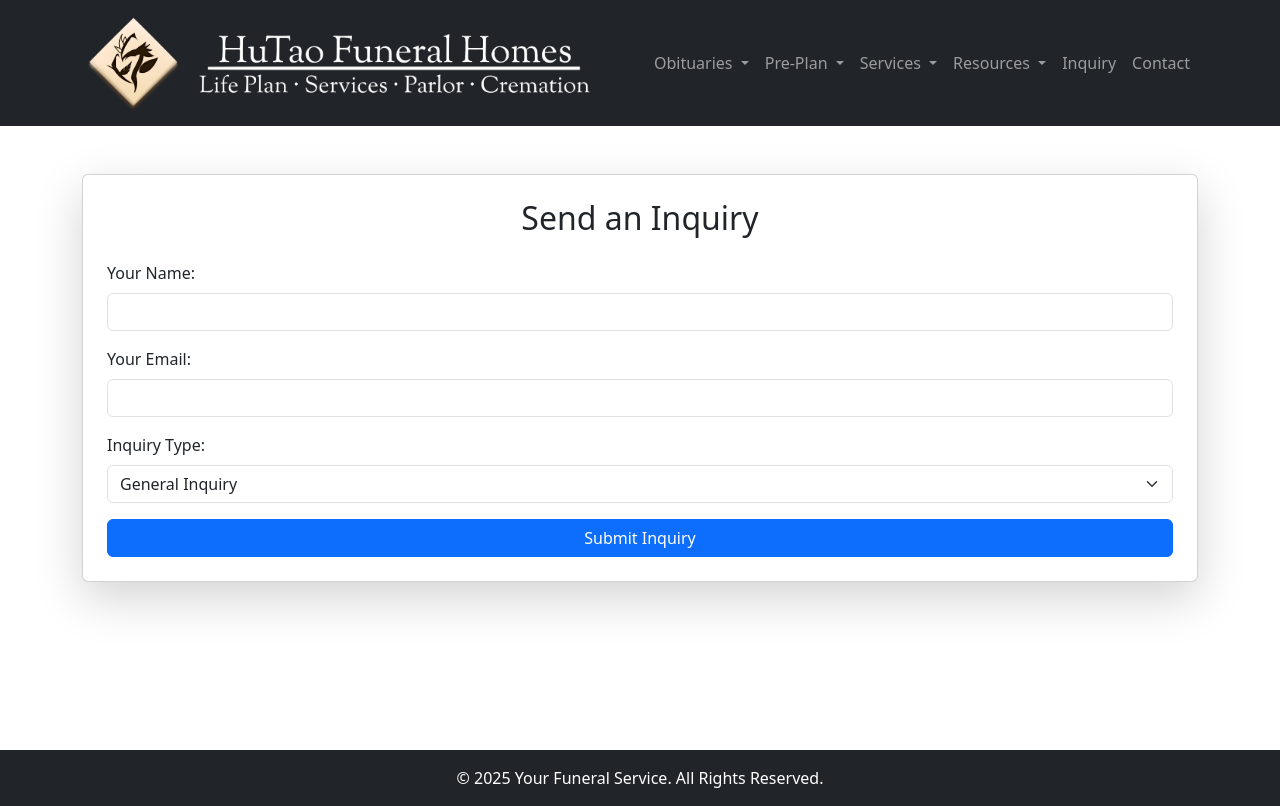
Repository: Jamil-cyber-hash/INSANITY
Page: http://localhost/inquiry.php
The author's editor kept a copy of each file at every save. The page is drawn from the files as they stood at one save, then again after the next save.
The browser window is 1280 px wide. The pictures show the whole page.
The page is run by PHP 8.4 with error messages shown; the project is at /var/www/html/.

Above is the page before, as saved 2025-03-23 23:16:40.

After the next save:
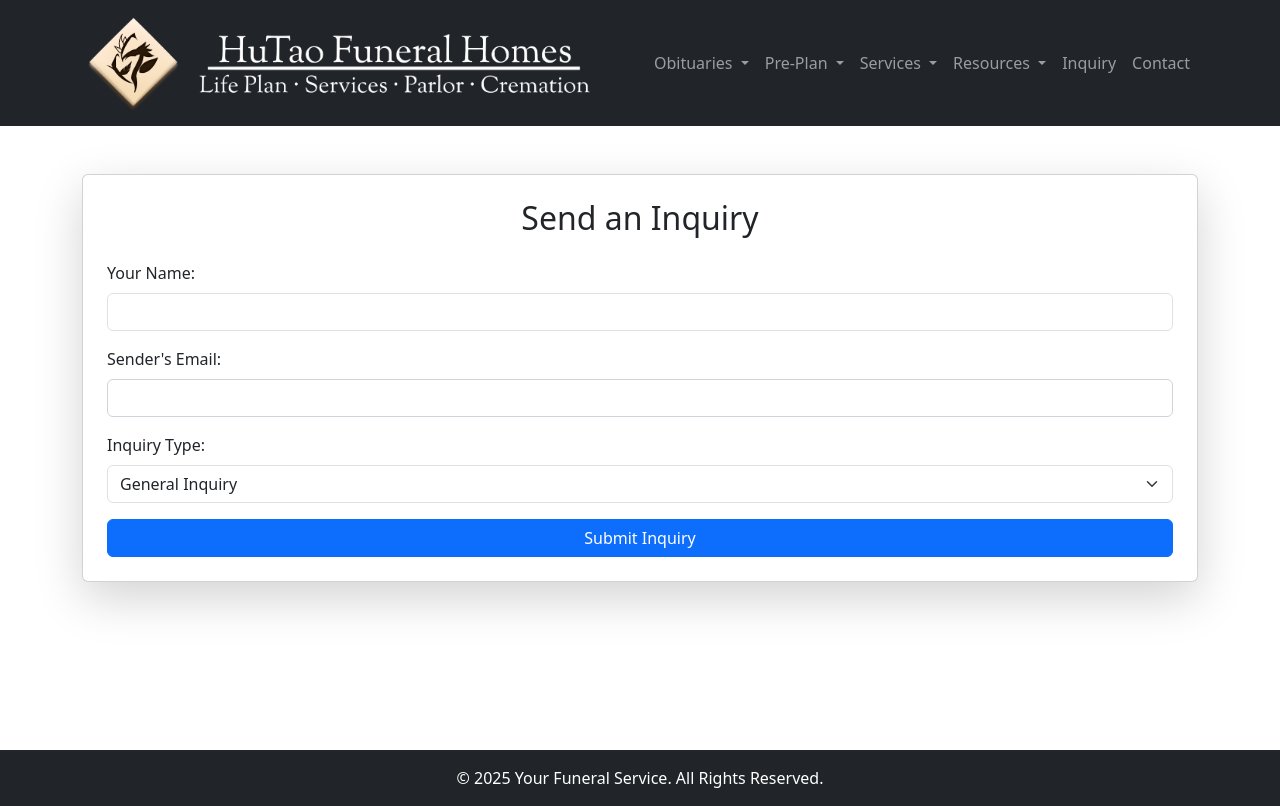
Saved 31 min 21 s later.
--- a/inquiry.php
+++ b/inquiry.php
@@ -49,9 +49,10 @@
             </div>
 
             <div class="mb-3">
-                <label for="email" class="form-label">Your Email:</label>
-                <input type="email" id="email" name="email" class="form-control" required>
-            </div>
+                    <label for="sender_email" class="form-label">Sender's Email:</label>
+                    <input type="email" class="form-control" id="sender_email" name="sender_email" required />
+                    <span id="email-error" style="display: none; color: red;">Invalid email format.</span>
+                </div>
 
             <div class="mb-3">
                 <label for="inquiry_type" class="form-label">Inquiry Type:</label>
